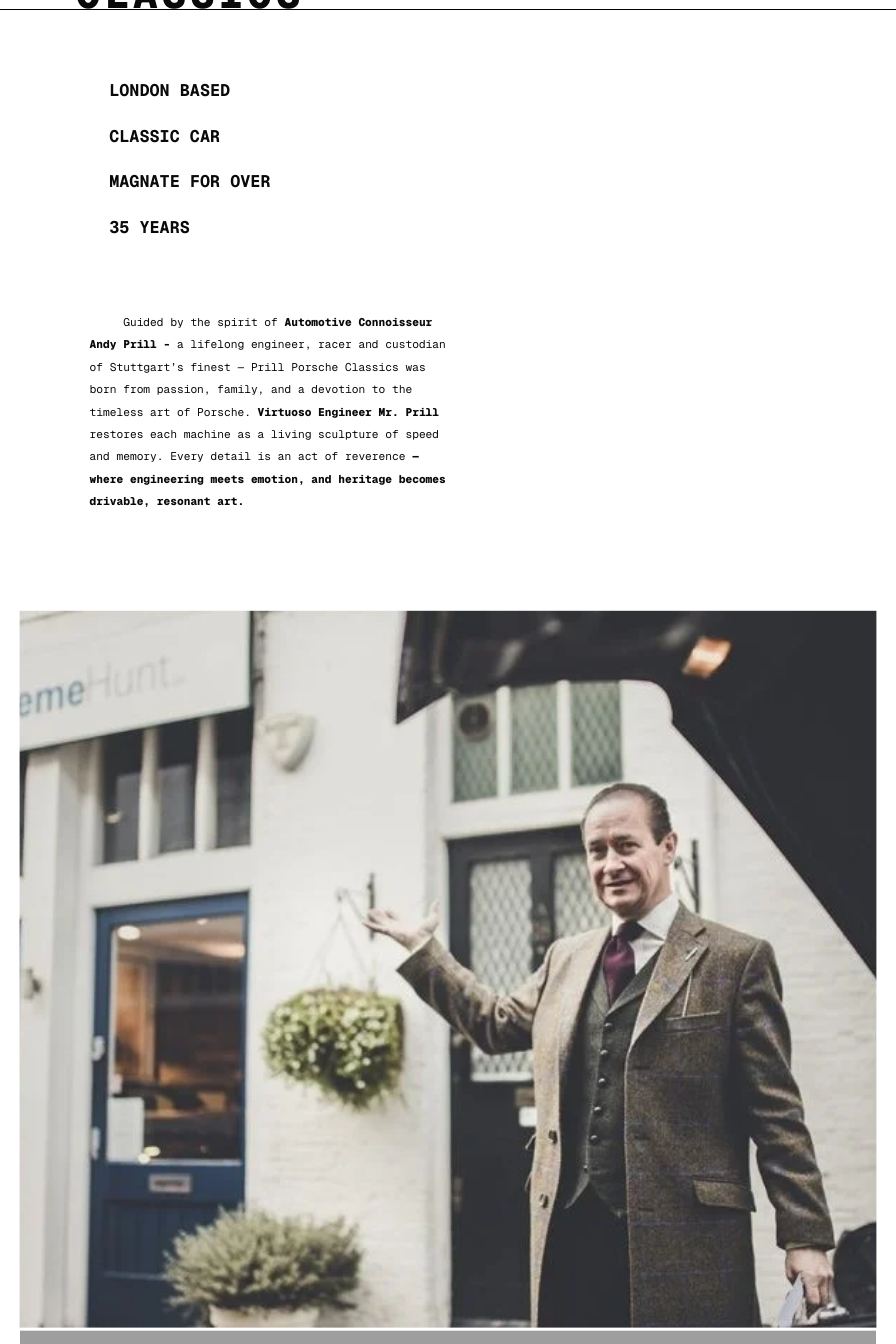
Repository: Richartistique-LeBrassus/Atelier-de-Voitures-Classiques
Page: /
The author's editor kept a copy of each file at every save. The page is drawn from the files as they stood at one save, then again after the next save.
The browser window is 1280 px wide. The pictures show the part of the page from y = 1071 to 2991 px (the page is 6704 px tall before and 6639 px after), at 70% of full size.
Pictures or frames that could not be fetched are drawn as grey boxes. The project was rebuilt for these pictures with package versions that can differ from the ones it lists, and the page was loaded fresh each time. The framework's server and built-in components were replaced by stand-ins that run in the browser. Also part of the build but not shown: next.config.ts.

Above is the page before, as saved 2025-11-24 14:09:31.

### app/layout.tsx
import type { Metadata } from "next";
import { Geist, Geist_Mono } from "next/font/google";
import "./globals.css";
import Footer from "@/components/Footer";
import Navbar from "@/components/Navbar";

const geistSans = Geist({
  variable: "--font-geist-sans",
  subsets: ["latin"],
});

const geistMono = Geist_Mono({
  variable: "--font-geist-mono",
  subsets: ["latin"],
});

export const metadata: Metadata = {
  title: "Prill Porsche Classics - Classic Heritage Atelier",
  description:
    "Precision restorations and heritage preservation by Andy Prill — where Porsche engineering meets artistry.",
  icons: {
    icon: [
      { url: "/favicon.ico", type: "image/x-icon" },
      { url: "/favicon-16x16.png", sizes: "16x16", type: "image/png" },
      { url: "/favicon-32x32.png", sizes: "32x32", type: "image/png" },
    ],
    apple: "/apple-touch-icon.png",
    other: [
      { rel: "icon", url: "/android-chrome-192x192.png", sizes: "192x192" },
      { rel: "icon", url: "/android-chrome-512x512.png", sizes: "512x512" },
    ],
  },
};

export default function RootLayout({
  children,
}: Readonly<{
  children: React.ReactNode;
}>) {
  return (
    <html lang="en">
      <body
        className={`${geistSans.variable} ${geistMono.variable} antialiased`}
      >
        <Navbar />
        {children}
        <Footer />
      </body>
    </html>
  );
}

### app/page.tsx
import ClosingCall from "@/components/ClosingCall";
import Ethos from "@/components/Ethos";
import Hero from "@/components/Hero";
export default function Home() {
  return (
    <div className="flex flex-col items-center justify-top min-h-screen relative overflow-x-hidden">
      <Hero />
      <Ethos />
      <ClosingCall />
    </div>
  );
}

### app/globals.css
@font-face {
  font-family: 'Oswald';
  src: url('/fonts/Oswald-Medium.ttf') format('truetype');
  font-weight: 500;
  font-style: normal;
}

@import "tailwindcss";

:root {
  --background: #ffffff;
  --foreground: #171717;
}

@theme inline {
  --color-background: var(--background);
  --color-foreground: var(--foreground);
  --font-sans: var(--font-geist-sans);
  --font-mono: var(--font-geist-mono);
}

@media (prefers-color-scheme: dark) {
  :root {
    --background: #0a0a0a;
    --foreground: #ededed;
  }
}

body {
  background: var(--background);
  color: var(--foreground);
  font-family: 'Oswald';
  /*font-family: fantasy;*/
}

@supports selector(::-webkit-scrollbar) {
  ::-webkit-scrollbar {
    width: 5px;
    height: 8px;
  }

  ::-webkit-scrollbar-track {
    background: #fafafa;
  }

  ::-webkit-scrollbar-thumb {
    background-color: #0a0a0a;
    transition: background-color 0.6s ease, transform 0.6s ease;
  }

  ::-webkit-scrollbar-thumb:hover {
    background-color: #0a0a0a;
    transform: scale(1.05);
  }
}

@-moz-document url-prefix() {
  * {
    scrollbar-width: thin;
    scrollbar-color: #0a0a0a transparent;
  }
}

### components/Footer.tsx
"use client";
import React from "react";

export default function Footer() {
  return (
    <footer className="w-full bg-neutral-950 text-white py-20 px-8 flex flex-col items-center justify-center space-y-5 text-center border-t border-white/10">
      {/* Logo */}
      <img
        src="/imgs/logo.png"
        alt="Prill Porsche Classics Logo"
        className="w-20 sm:w-24 opacity-90 mb-5"
      />

      <h4 className="text-sm md:text-base tracking-widest uppercase text-white/70 font-mono">
        Prill Porsche Classics
      </h4>

      <p className="text-xs md:text-sm text-white/40 max-w-md leading-relaxed font-mono">
        Restoring Stuttgart’s icons with precision, passion, and timeless respect for heritage.
      </p>

      <div className="flex space-x-6 pt-4 uppercase">
        <a
          href="#"
          className="text-white/40 hover:text-white transition-colors duration-300 text-sm"
        >
          Instagram
        </a>
        <a
          href="#"
          className="text-white/40 hover:text-white transition-colors duration-300 text-sm"
        >
          Workshop
        </a>
        <a
          href="#"
          className="text-white/40 hover:text-white transition-colors duration-300 text-sm"
        >
          Contact
        </a>
      </div>

      <p className="text-[10px] text-white/30 pt-6 font-mono">
        © {new Date().getFullYear()} Prill Porsche Classics — Crafted with Precision
      </p>
    </footer>
  );
}

### components/Navbar.tsx
"use client";
import React, { useState, useEffect } from "react";
import { motion, AnimatePresence } from "framer-motion";
import { Menu } from "lucide-react";

export default function Navbar() {
  const [isScrolled, setIsScrolled] = useState(false);
  const [isOpen, setIsOpen] = useState(false);

  // Detect scroll past first viewport height
  useEffect(() => {
    const handleScroll = () => {
      setIsScrolled(window.scrollY > window.innerHeight);
    };
    window.addEventListener("scroll", handleScroll);
    return () => window.removeEventListener("scroll", handleScroll);
  }, []);

  // Lock/unlock scroll when drawer opens/closes
  useEffect(() => {
    document.body.style.overflow = isOpen ? "hidden" : "auto";
  }, [isOpen]);

  return (
    <>
      {/* Navbar */}
      <nav
        className={`fixed top-0 left-0 w-full z-50 flex items-center justify-between px-4 md:px-7 py-5 md:py-8 transition-all duration-500 ${
          isScrolled
            ? "backdrop-blur-md bg-white/30"
            : "bg-transparent backdrop-blur-0"
        }`}
      >
        {/* Burger Menu */}
        <button
          aria-label="Toggle menu"
          className={`z-50 py-2 transition-colors duration-500 ${
            isScrolled ? "text-black" : "text-neutral-100"
          }`}
          onClick={() => setIsOpen(!isOpen)}
        >
          <Menu className="w-6 h-6 transition-all duration-300 hover:cursor-pointer" />
        </button>

        {/* Center Logo (appears after 100vh scroll) */}
        <motion.div
          initial={{ opacity: 0, y: -20 }}
          animate={{
            opacity: isScrolled ? 1 : 0,
            y: isScrolled ? 0 : -20,
          }}
          transition={{ duration: 0.6, ease: "easeOut" }}
          className="absolute left-1/2 -translate-x-1/2 select-none pointer-events-none"
        >
          <div
            className="flex flex-col font-mono w-[120px] sm:w-[140px] md:w-40
            text-lg sm:text-2xl md:text-3xl font-extrabold text-black uppercase"
          >
            <p
              className="relative tracking-[0.92rem] md:tracking-[1rem]
              inline-block
              after:content-[''] after:absolute after:left-0 after:bottom-0
              after:right-[0.4rem] after:h-px after:bg-black"
            >
              PRILL
            </p>
            <p className="flex flex-col text-xs sm:text-sm pt-1 md:text-base">
              Porsche Classics
            </p>
          </div>
        </motion.div>
      </nav>

      {/* Drawer Overlay */}
      <AnimatePresence>
        {isOpen && (
          <motion.div
            className="fixed inset-0 z-40 bg-black/50 backdrop-blur-sm"
            initial={{ opacity: 0 }}
            animate={{ opacity: 1 }}
            exit={{ opacity: 0 }}
            onClick={() => setIsOpen(false)}
          />
        )}
      </AnimatePresence>

      {/* Drawer Panel */}
      <AnimatePresence>
        {isOpen && (
          <motion.aside
            className="fixed top-0 left-0 h-full w-3/4 lg:w-1/3 bg-neutral-50
            text-neutral-900 z-50 flex flex-col justify-center px-5 sm:px-12 space-y-12"
            initial={{ x: "-100%" }}
            animate={{ x: 0 }}
            exit={{ x: "-100%" }}
            transition={{ type: "tween", duration: 0.45, ease: "easeOut" }}
          >
            <nav className="space-y-6">
              {["Home", "Atelier", "For sale", "new", "services", "contact"].map(
                (item) => (
                  <motion.a
                    key={item}
                    href="#"
                    className="block text-2xl sm:text-3xl font-light tracking-[0.2em] uppercase text-neutral-800 relative group"
                    whileHover={{ x: 5 }}
                  >
                    {item}
                    <span className="absolute left-0 -bottom-1 w-0 h-px bg-neutral-800 transition-all duration-500 group-hover:w-full"></span>
                  </motion.a>
                )
              )}
            </nav>
          </motion.aside>
        )}
      </AnimatePresence>
    </>
  );
}

### components/ClosingCall.tsx
"use client"
import React from "react";
import { motion } from "framer-motion";

export default function ClosingCall() {
  return (
    <section
      aria-label="Closing Call — The Invitation"
      className="relative h-fit z-30
      w-full px-auto bg-white px-5 md:px-7
      py-7  md:py-16 lg:py-28"
    >
      <div
        className="w-full mx-auto h-fit
        grid grid-cols-1 2xl:gap-1 2xl:grid-cols-2
        xl:align-bottom
        items-center text-neutral-950 md:px-20 py-20
        "
      >
        {/* Right Text */}
        <motion.div
          initial={{ opacity: 0, x: 50 }}
          whileInView={{ opacity: 1, x: 0 }}
          transition={{ duration: 1, delay: 0.2 }}
          viewport={{ once: true }}
          className="space-y-6  mx-auto items w-full flex flex-col
          text-start justify-start 2xl:pr-12"
        >
          <h2
            className="uppercase font-bold text-4xl md:text-5xl tracking-[0.3rem]
            mb-10 xl:mb-10"
          >
            Arrange <br /><span className="font-bold font-mono">a <br />
            Visit</span>
          </h2>

          <p className="font-bold font-mono uppercase leading-9 sm:leading-8
          underline underline-offset-6">
            DISCALIMER: VISITS BY APPOINTMENT ONLY
          </p>

          <p className="text-base lg:text-lg lg:mb-16
          leading-9 sm:leading-8 font-mono text-left indent-4
          my-10 xl:max-w-[560px] max-w-[570px]">
            We invite you to <span className="font-bold">experience our workshop</span> — to witness the craft,
            precision, and passion that define every restoration.
          </p>

          <div className="flex flex-col gap-7 xl:gap-10 font-mono mb-16 xl:mb-20 2xl:mb-0
             2xl:max-w-[300px]"
          >
            <p className="inline-block border-b border-neutral-950 pb-1 text-xl uppercase
              tracking-wide font-bold"
            >
              the Essex Workshop
            </p>
            <a
              href="/contact"
              className="inline-block border border-neutral-950 p-3 md:p-5 text-xl uppercase
              transition-colors tracking-[0.3rem] duration-200
              bg-neutral-950 text-white hover:bg-white hover:text-neutral-950 font-bold"
            >
              Discover
            </a>
          </div>
        </motion.div>

        {/* Left Image */}
        <motion.div
          initial={{ opacity: 0, y: 50 }}
          whileInView={{ opacity: 1, y: 0 }}
          transition={{ duration: 1 }}
          viewport={{ once: true }}
          className="overflow-hidden w-full h-[80vw] 2xl:h-[40vw]"
        >
          <img
            src="/imgs/bunker.jpg"
            alt="Inside view of the workshop"
            className="w-full h-full object-cover object-center"
          />
        </motion.div>
      </div>
    </section>
  );
}

### components/Ethos.tsx
"use client"
import { motion } from 'framer-motion';

const Ethos = () => {
  return (
    <section
      aria-label="Prill Porsche Classics Ethos"
      className="relative z-20 mt-[100vh]
       flex flex-col items-center justify-center w-full
      bg-white text-neutral-950 min-h-fit
      py-7 sm:py-12 md:py-16 lg:py-28
      px-5 md:px-7"
    >
      <div className="max-w-7xl w-full lg:inline-flex lg:justify-between
        lg:align-bottom lg:items-end xl:items-center py-20"
      >
        <div className="lg:flex-col md:px-20">
          <motion.h2
          initial={{ opacity: 0, y: 50 }}
          whileInView={{ opacity: 1, y: 0 }}
          transition={{ duration: 1.2, ease: "easeOut" }}
          viewport={{ once: true, amount: 0.3 }}
          className="text-4xl sm:text-5xl lg:text-6xl mb-10 sm:mb-16 xl:mb-10
          uppercase text-left tracking-[0.3rem]
          flex-wrap max-w-[270px] font-extrabold font-mono">
            Prill Porsche Classics <br/>
          </motion.h2>
          <div className="w-full inline-flex text-end lg:p-5 xl:px-12">
            <motion.h3
            initial={{ opacity: 0, y: 50 }}
            whileInView={{ opacity: 1, y: 0 }}
            transition={{ duration: 1.2, ease: "easeOut" }}
            viewport={{ once: true, amount: 0.3 }}
            className="text-4xl md:text-5xl xl:text-6xl mb-16 sm:sm:mb-24 xl:mb-16
             uppercase text-left
            flex-wrap max-w-[270px]">
              <span className="font-bold font-mono text-2xl">
                London based Classic Car Magnate for over 35 years
              </span>
            </motion.h3>
          </div>



        <motion.p
          initial={{ opacity: 0, y: 50 }}
          whileInView={{ opacity: 1, y: 0 }}
          transition={{ duration: 1.2, ease: "easeOut" }}
          viewport={{ once: true, amount: 0.3 }}
          className="leading-9 sm:leading-8 font-mono text-left lg:max-w-[470px] xl:indent-12
          lg:h-full items-end align-bottom sm:mb-10 indent-4
          xl:max-w-[560px] max-w-[570px] xl:p-5"
        >
          Guided by the spirit of <span className="font-extrabold">Automotive Connoisseur Andy Prill - </span> a lifelong engineer, racer
          and custodian of Stuttgart’s finest — Prill Porsche Classics was born from passion, family, and
          a devotion to the timeless art of Porsche.
          <span className="font-extrabold"> Virtuoso Engineer Mr. Prill</span> restores each machine as a living sculpture of speed and memory.
          Every detail is an act of reverence
          <span className="font-extrabold"> — where engineering meets emotion, and heritage becomes drivable, resonant art.</span>
        </motion.p>
        </div>
      </div>

      {/* Lookbook Visual */}
      <div className="lookbook container responsivegrid w-full max-w-7xl">
        <motion.div
          initial={{ opacity: 0, y: 50 }}
          whileInView={{ opacity: 1, y: 0 }}
          transition={{ duration: 1.2, ease: "easeOut" }}
          viewport={{ once: true, amount: 0.3 }}
          className="
          grid grid-cols-1 2xl:grid-cols-2 xl:gap-1 gap-4 pb-24">

          {/* Image Element */}
          <div className="lookbookElement image ap-lookbook__element-wrapper--square1 ap-lookbook__element-wrapper">
            <div className="w-full h-[80vw] 2xl:h-[45vw]">
              <img
                //src="/imgs/onfilm.jpg"
                src="/imgs/shoplogo.webp"
                alt="A photo of a large hardback book titled The Watch – Stories and Savoir Faire."
                className="w-full h-full object-cover"
              />
            </div>
          </div>
          {/* Video Element
          <div className="lookbookElement image ap-lookbook__element-wrapper--square2 ap-lookbook__element-wrapper">
            <div className="w-full h-[80vw] 2xl:h-[45vw]">
              <button
                data-v-76326de7=""
                aria-label="Video button play"
                className="ap-lookbook-element__video relative w-full h-full overflow-hidden shadow-lg"
              >
                <video
                  data-v-76326de7=""
                  title="Video of a woman opening a hardcover book titled The Watch – Stories and Savoir Faire"
                  autoPlay
                  loop
                  playsInline
                  muted
                  className="w-full h-full object-cover"
                  src="/vids/ethos.mp4"
                >
                </video>
                <div
                  data-v-76326de7=""
                  className="absolute inset-0 bg-black/20 flex items-center justify-center"
                  aria-hidden="true"
                >
                  <span className="icon-pause text-white text-4xl"></span>
                </div>
              </button>
            </div>
          </div> */}
          <div className="lookbookElement image ap-lookbook__element-wrapper--square1 ap-lookbook__element-wrapper">
            <div className="w-full h-[80vw] 2xl:h-[45vw]">
              <img
                src="/imgs/rolls.webp"
                alt="A photo of a large hardback book titled The Watch – Stories and Savoir Faire."
                className="w-full h-full object-cover"
              />
            </div>
          </div>
        </motion.div>
      </div>
    </section>
  );
};

export default Ethos;

### components/Hero.tsx
"use client";
import { motion } from "framer-motion";

const Hero = () => {
  return (
    <section  className="fixed top-0 h-screen z-1 w-full">
      <div className="absolute w-full h-full">
        {/*<video
          src="/vids/star.mp4"
          className="w-full h-full object-cover brightness-70"
          autoPlay
          muted
          loop
        >
        </video>*/}
        <img
          src="/imgs/graeme-bg.jpg"
          className="w-full h-full object-cover brightness-70"
          alt="bg"
        />
      </div>
      <motion.div
        initial={{ opacity: 0, y: 50 }}
        whileInView={{ opacity: 1, y: 0 }}
        transition={{ duration: 1.2, ease: "easeOut" }}
        viewport={{ once: true, amount: 0.3 }}
        className="sticky top-0 h-full flex items-center max-w-[85vw]
        justify-center text-white text-[70px] sm:text-[80px] font-mono font-extrabold mx-auto
        uppercase align-middle text-center"
      >
          Graeme <br/>Hunt

      </motion.div>
    </section>
  );
};

export default Hero;

After the next save:
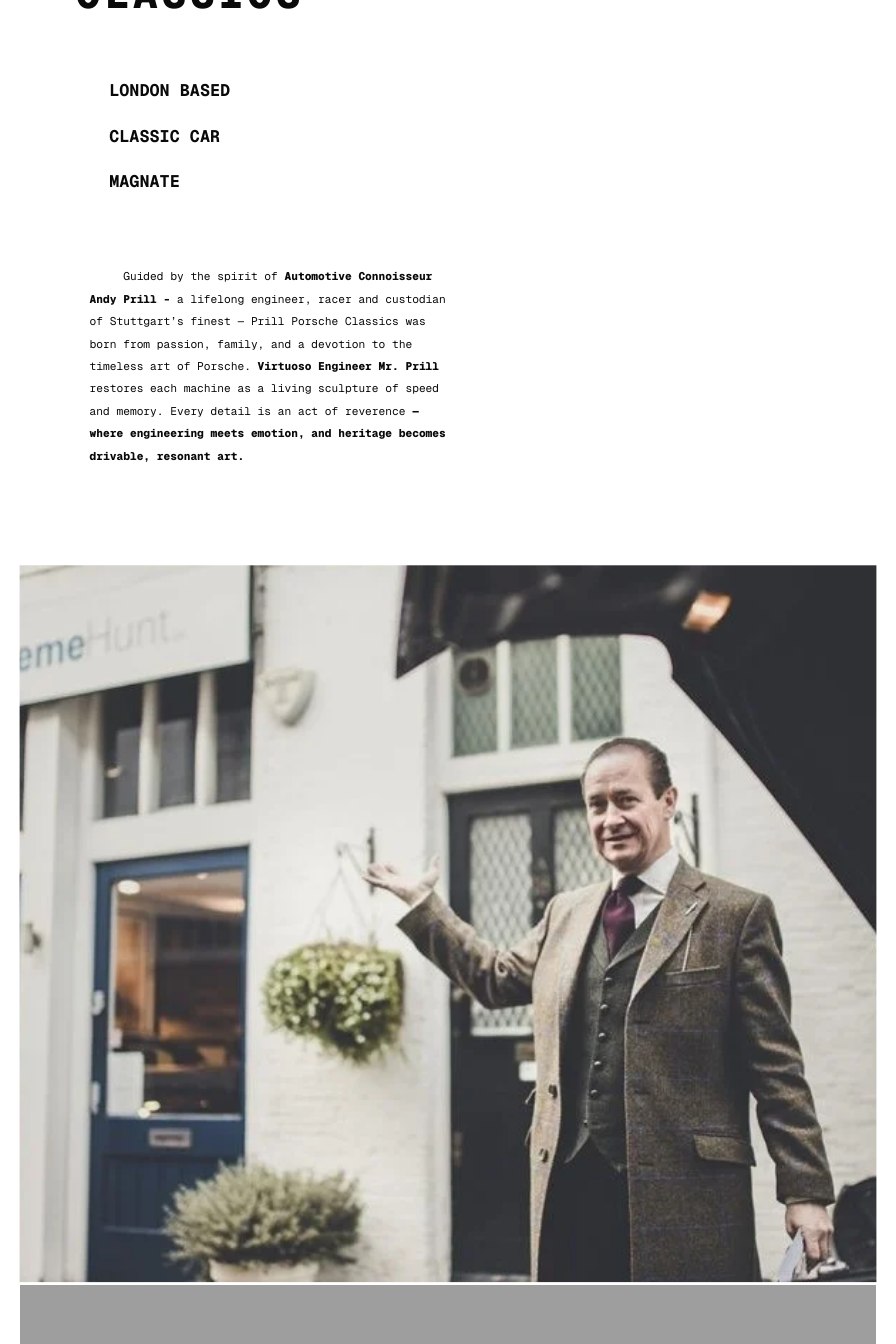
Saved 31 s later.
--- a/components/Ethos.tsx
+++ b/components/Ethos.tsx
@@ -35,7 +35,7 @@
              uppercase text-left
             flex-wrap max-w-[270px]">
               <span className="font-bold font-mono text-2xl">
-                London based Classic Car Magnate for over 35 years
+                London based Classic Car Magnate
               </span>
             </motion.h3>
           </div>
